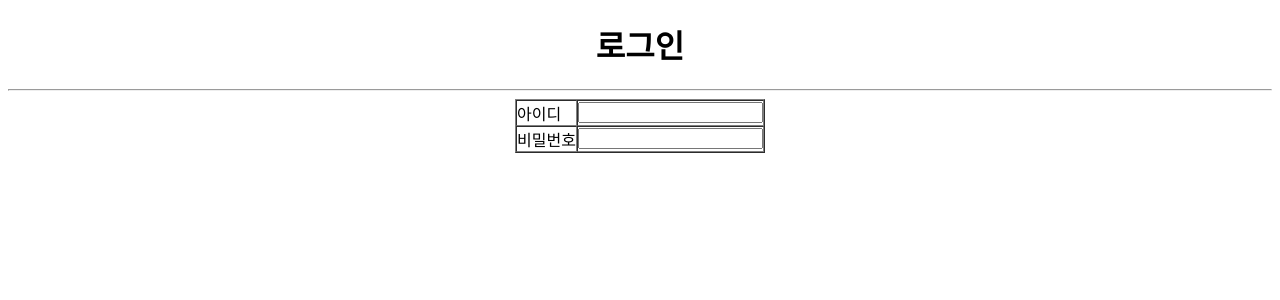
Repository: Mockingbirs/src
Page: http://localhost/ch11_SpringMVC_Board/login.jsp
These files come from the project's save history. The page is drawn as it stood at one moment and after the next save; the edit follows.
The browser window is 1280 px wide. The pictures show the whole page.
The page is served by Tomcat 9. Nobody is signed in. The application's start-up code is not run. Other server files are loaded and not shown.

Above is the page before, as saved 2022-09-14 07:44:59.

### ch11_SpringMVC_Board/src/main/webapp/login.jsp
<%@ page language="java" contentType="text/html; charset=UTF-8"
	pageEncoding="UTF-8"%>
<!DOCTYPE html>
<html>
<head>
<meta charset="UTF-8">
<title>로그인 폼</title>
</head>
<body>

	<h1 align="center">로그인</h1>
	<hr>
	<form action="./login.do" method="post">
		<table border="1" cellpadding="0" cellspacing="0" align="center">
			<tr>
				<td>아이디</td>
				<td><input type="text" name="id" /></td>
			</tr>

			<tr>
				<td>비밀번호</td>
				<td><input type="password" name="password" /></td>
			</tr>

		</table>
	</form>

</body>
</html>

After the next save:
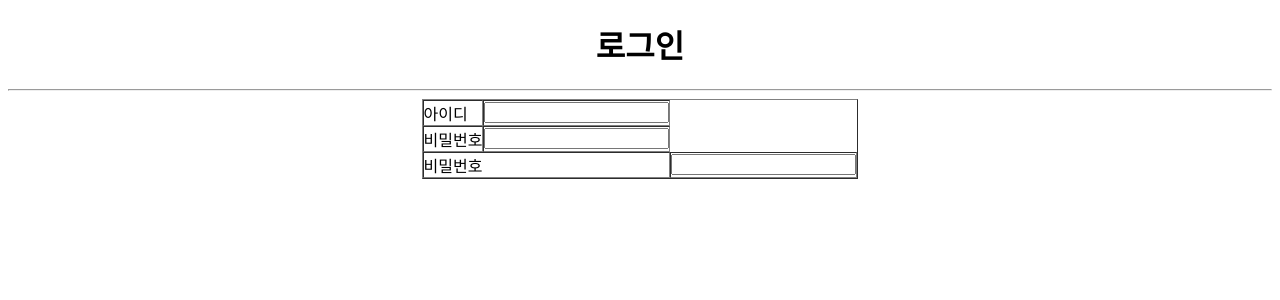
Saved 112 s later.
--- a/ch11_SpringMVC_Board/src/main/webapp/login.jsp
+++ b/ch11_SpringMVC_Board/src/main/webapp/login.jsp
@@ -22,6 +22,11 @@
 				<td><input type="password" name="password" /></td>
 			</tr>
 
+			<tr>
+				<td colspan="2">비밀번호</td>
+				<td><input type="password" name="password" /></td>
+			</tr>
+
 		</table>
 	</form>
 
